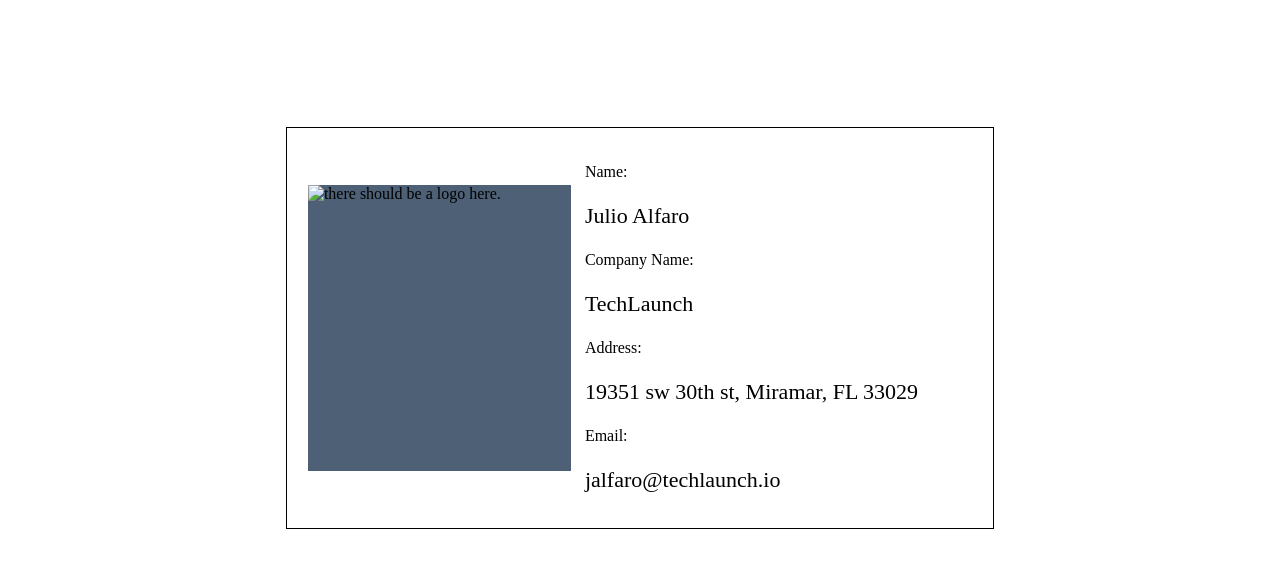
Repository: Juliolikescoding/WEB1100_invoice_app
Page: index.html
The author's editor kept a copy of each file at every save. The page is drawn from the files as they stood at one save, then again after the next save.
The browser window is 1280 px wide. The pictures show the whole page.
Some web fonts or font styles are not loaded; a fallback is used.

Above is the page before, as saved 2018-05-17 18:12:45.

After the next save:
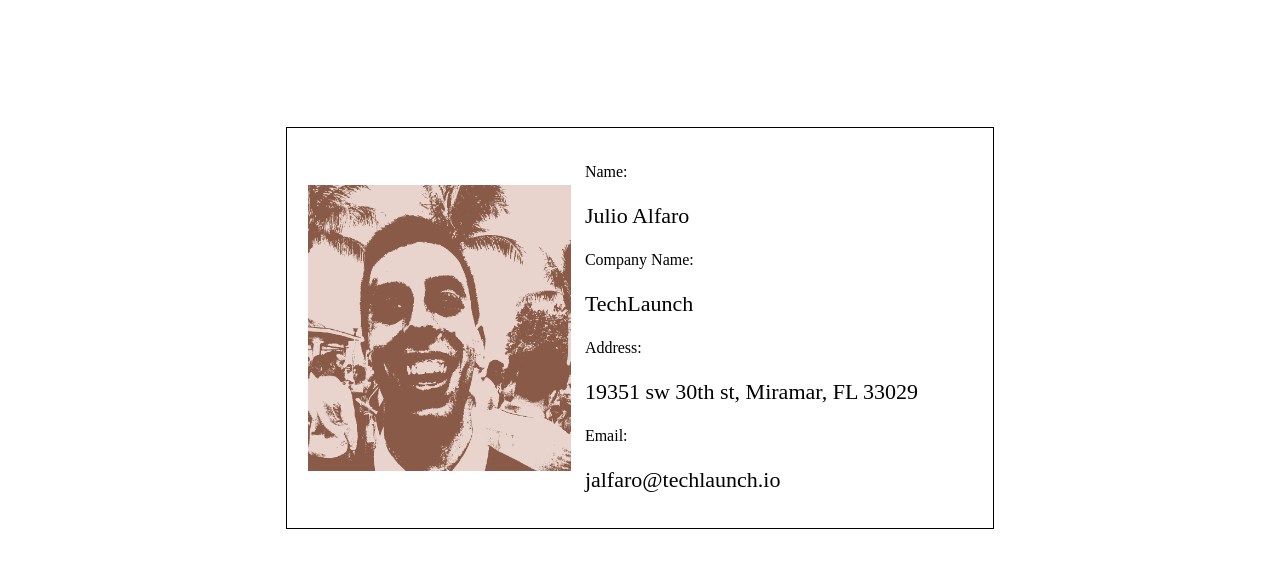
Saved 4 min 30 s later.
--- a/index.html
+++ b/index.html
@@ -132,6 +132,7 @@
         document.querySelector(".companyName").textContent = user.companyName
         document.querySelector(".address").textContent = user.address
         document.querySelector(".email").textContent = user.email
+        document.querySelector("img").src = user.picture
         // //adding invoices
         // for(var i=0; i<invoices.length; i++){
         //     document.querySelector('.invoiceContainer').innerHTML += `
